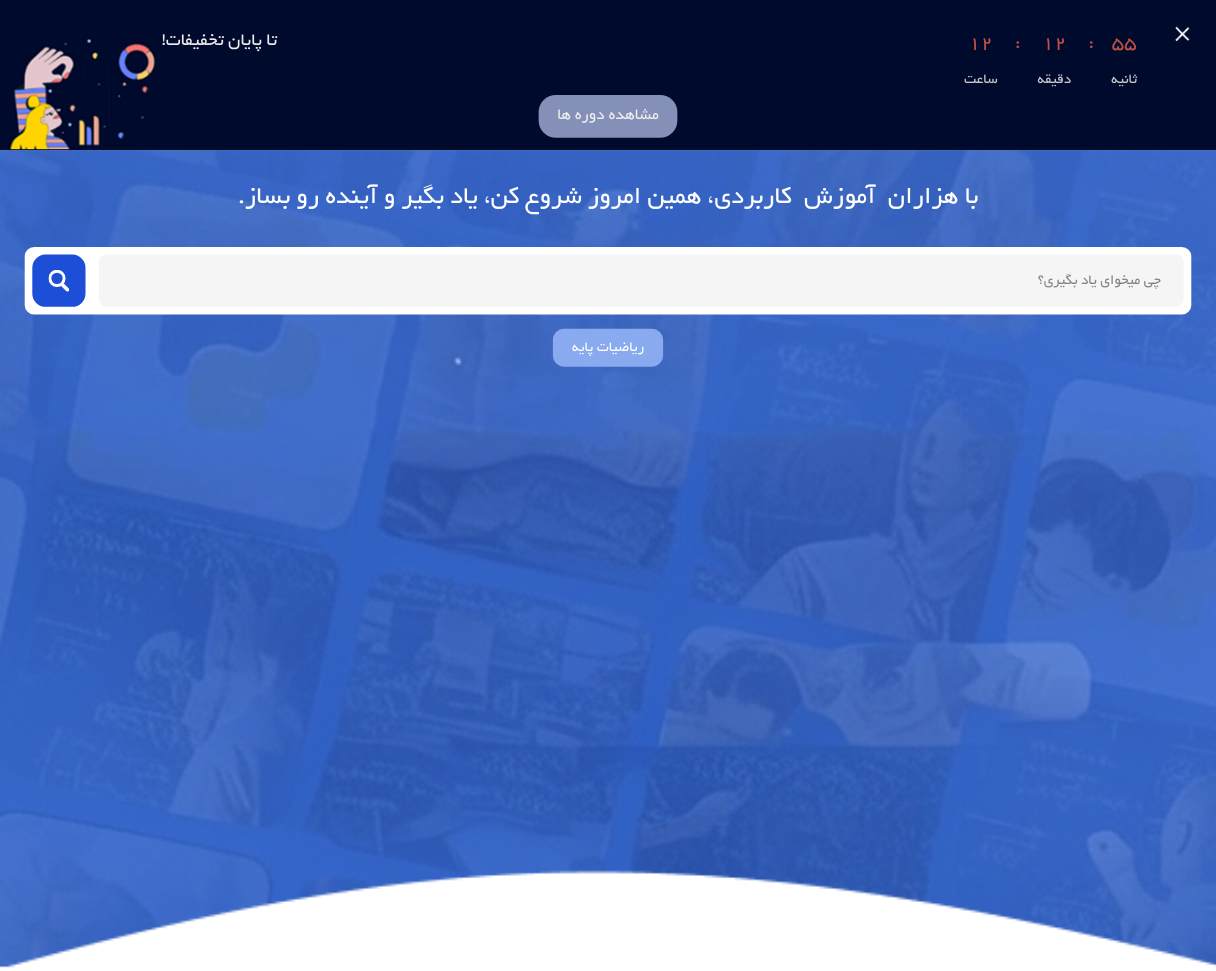
Repository: sinafath/fradars
Page: /
The author's editor kept a copy of each file at every save. The page is drawn from the files as they stood at one save, then again after the next save.
The browser window is 1280 px wide. The pictures show the whole page, at 95% of full size.
The project was rebuilt for these pictures with package versions that can differ from the ones it lists, and the page was loaded fresh each time. The framework's server and built-in components were replaced by stand-ins that run in the browser. Also part of the build but not shown: next.config.ts.

Above is the page before, as saved 2025-09-21 20:03:37.

### src/app/layout.tsx
import type { Metadata } from "next";
import localFont from 'next/font/local'

const myFont = localFont({
  src: '../../public/BYEKAN.ttf',
})
import "./globals.css";

console.log(myFont)

export const metadata: Metadata = {
  title: "Fradars",
  description: "tutoring website",
};

export default function RootLayout({
  children,
}: Readonly<{
  children: React.ReactNode;
}>) {
  return (
    <html lang="fa" dir="rtl" className={myFont.className}>
      <body
      >
        {children}
      </body>
    </html>
  );
}

### src/app/page.tsx
import { Center, Column, Row } from "@/components/core";
import Image from "next/image";

export default function Home() {
  return (
    <div>
      <div className="w-full relative flex justify-center bg-[#000A2D] h-[158px] ">
        <Image
          aria-hidden
          className="absolute left-0"
          src="/1.png"
          alt="File icon"
          width={163}
          height={157}
        />
        <Image
          aria-hidden
          className="absolute top-[28px] start-[28px]"
          src="/2.png"
          alt="File icon"
          width={15}
          height={15}
        />
        <Row className="top-[30px] absolute start-[83px] gap-[18px] h-[58px]" align="start" >
          <Column className="gap-[20px] text-center">
            <span className="text-[22px]  h-[22px]  text-[#BF4F43]">۵۵</span>
            <span className="text-[#C9C9C9] text-[16px]">ثانیه</span>
          </Column >
          <span className="text-[22px] text-[#BF4F43]">:</span>
          <Column className="gap-[20px] text-center">
            <span className="text-[22px] h-[22px]  text-[#BF4F43]">۱۲</span>
            <span className="text-[#C9C9C9] text-[16px]">دقیقه</span>
          </Column >
          <span className="text-[22px] text-[#BF4F43]">:</span>
          <Column className="gap-[20px] text-center">
            <span className="text-[22px] h-[22px]  text-[#BF4F43]">۱۲</span>
            <span className="text-[#C9C9C9] text-[16px]">ساعت</span>
          </Column >

        </Row>
        <p className=" absolute top-[29px] end-[170px] text-[#EDEDED] text-[20px]">تا پایان تخفیفات!</p>
        <button className=" w-[146px] h-[45px] bg-[#8590B8] rounded-[18px] absolute bottom-[13px] text-[18px] text-[#EDEDED]">مشاهده دوره ها</button>
      </div>
      <Column className="relative text-center">
        <h1 className="text-[28px] text-white pt-[30px] px-[62px]"> با هزاران  آموزش‌  کاربردی، همین امروز شروع کن،
          یاد بگیر و آینده رو بساز.</h1>
          <Row  className="mt-[30px] w-[calc(100%-52px)] bg-white p-[8px] gap-[14px] h-[71px] mx-[26px] rounded-[10px]" >
            <input type="text" className="bg-[#F5F5F5] flex-1 h-full rounded-[8px] px-[24px] " placeholder="چی میخوای یاد بگیری؟" />
            <Center className="bg-[#1D4ED8] w-[56px] h-full rounded-[14px]">
              <img src="/4.svg"/>
            </Center>
            </Row>
            <Row className="flex-wrap gap-x-[11px] gap-y-[15px] mt-[15px] ">
              <div className="rounded-[12px] text-[16px] px-[20px] py-[8px] bg-[#8AAAF0] text-white"> ریاضیات پایه </div>
            </Row>
        <Image
          aria-hidden
          className="absolute top-0 start-0 w-full z-[-1]"
          src="/3.png"
          alt="File icon"
          width={560}
          height={377}
        />
      </Column>
    </div>
  );
}

### src/app/globals.css

@import "tailwindcss";

:root {
  --background: #ffffff;
  --foreground: #171717;
}

@theme inline {
  --color-background: var(--background);
  --color-foreground: var(--foreground);
}
@layer base {
  *{
    @apply box-border; /* Ensures box-sizing: border-box */
  }
}
@media (prefers-color-scheme: dark) {
  :root {
    --background: #0a0a0a;
    --foreground: #ededed;
  }
}


body {
  background: var(--background);
  color: var(--foreground);
  font-weight: normal;
}

### src/components/core.tsx
import { cn } from "@/lib/utils";
import { ReactNode } from "react";

type AlignItems = 'start' | 'center' | 'end' | 'baseline' | 'stretch';
type JustifyContent = 'start' | 'center' | 'end' | 'between' | 'around' | 'evenly';

interface FlexProps {
    children?: ReactNode;
    className?: string;
    align?: AlignItems;
    justify?: JustifyContent;
}

const alignClasses: Record<AlignItems, string> = {
    start: 'items-start',
    center: 'items-center',
    end: 'items-end',
    baseline: 'items-baseline',
    stretch: 'items-stretch',
};

const justifyClasses: Record<JustifyContent, string> = {
    start: 'justify-start',
    center: 'justify-center',
    end: 'justify-end',
    between: 'justify-between',
    around: 'justify-around',
    evenly: 'justify-evenly',
};

interface CenterProps {
    children: ReactNode;
    className?: string;
}

function Center({ children, className }: CenterProps) {
    return (
        <div className={cn('flex items-center justify-center', className)}>
            {children}
        </div>
    );
}

function Row({
    children,
    className,
    align = 'center',
    justify = 'start',
    ...props
}: FlexProps) {
    return (
        <div
            className={cn('flex flex-row', alignClasses[align], justifyClasses[justify], className)}
            {...props}
        >
            {children}
        </div>
    );
}

function Column({
    children,
    className,
    align = 'center',
    justify = 'start',
    ...props
}: FlexProps) {
    return (
        <div
            className={cn('flex flex-col', alignClasses[align], justifyClasses[justify], className)}
            {...props}
        >
            {children}
        </div>
    );
}

export { Column, Center, Row };

Loaded but not shown: src/lib/utils.ts (common file)

After the next save:
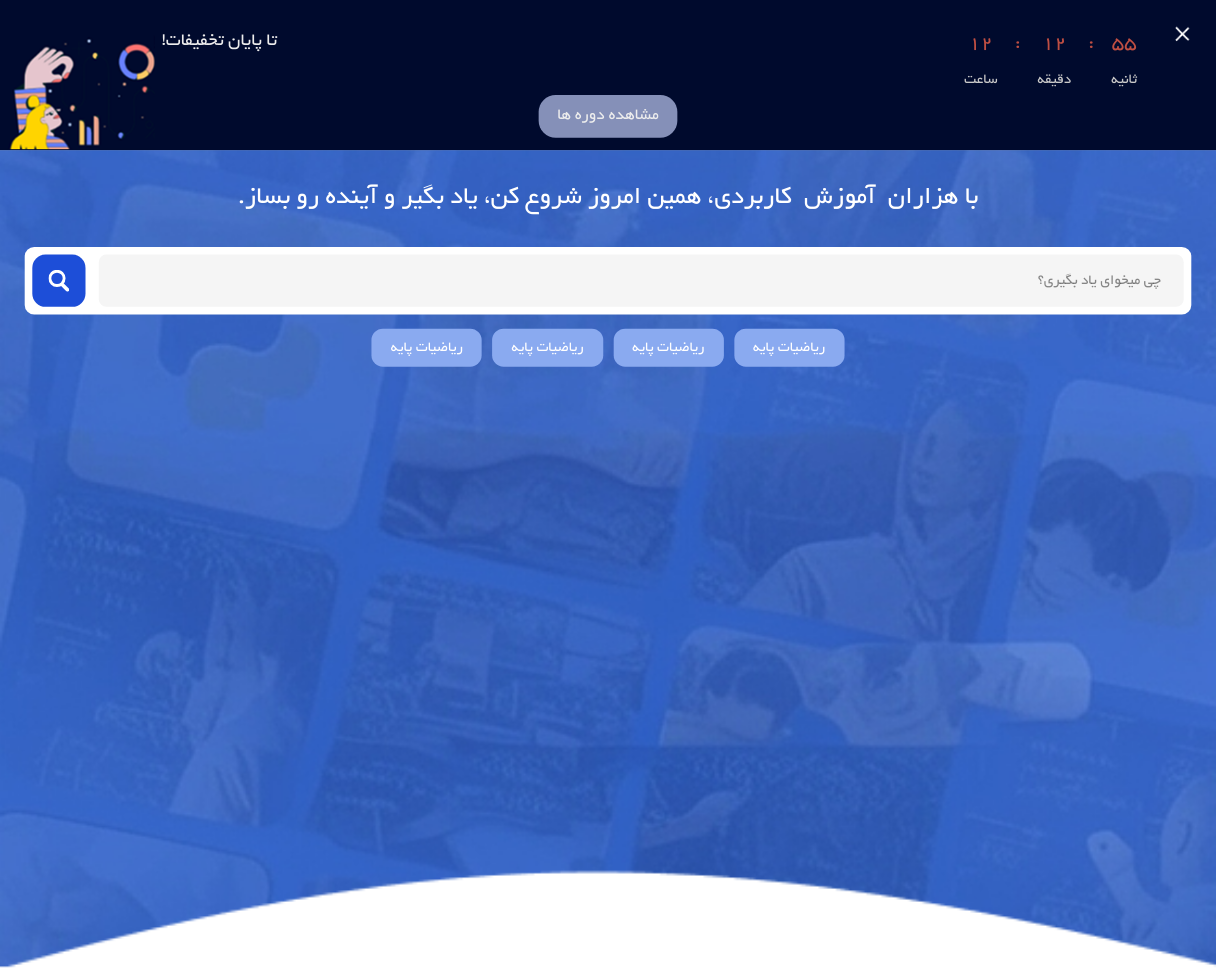
Saved 8 s later.
--- a/src/app/page.tsx
+++ b/src/app/page.tsx
@@ -52,6 +52,10 @@
             </Row>
             <Row className="flex-wrap gap-x-[11px] gap-y-[15px] mt-[15px] ">
               <div className="rounded-[12px] text-[16px] px-[20px] py-[8px] bg-[#8AAAF0] text-white"> ریاضیات پایه </div>
+                            <div className="rounded-[12px] text-[16px] px-[20px] py-[8px] bg-[#8AAAF0] text-white"> ریاضیات پایه </div>
+              <div className="rounded-[12px] text-[16px] px-[20px] py-[8px] bg-[#8AAAF0] text-white"> ریاضیات پایه </div>
+              <div className="rounded-[12px] text-[16px] px-[20px] py-[8px] bg-[#8AAAF0] text-white"> ریاضیات پایه </div>
+
             </Row>
         <Image
           aria-hidden
